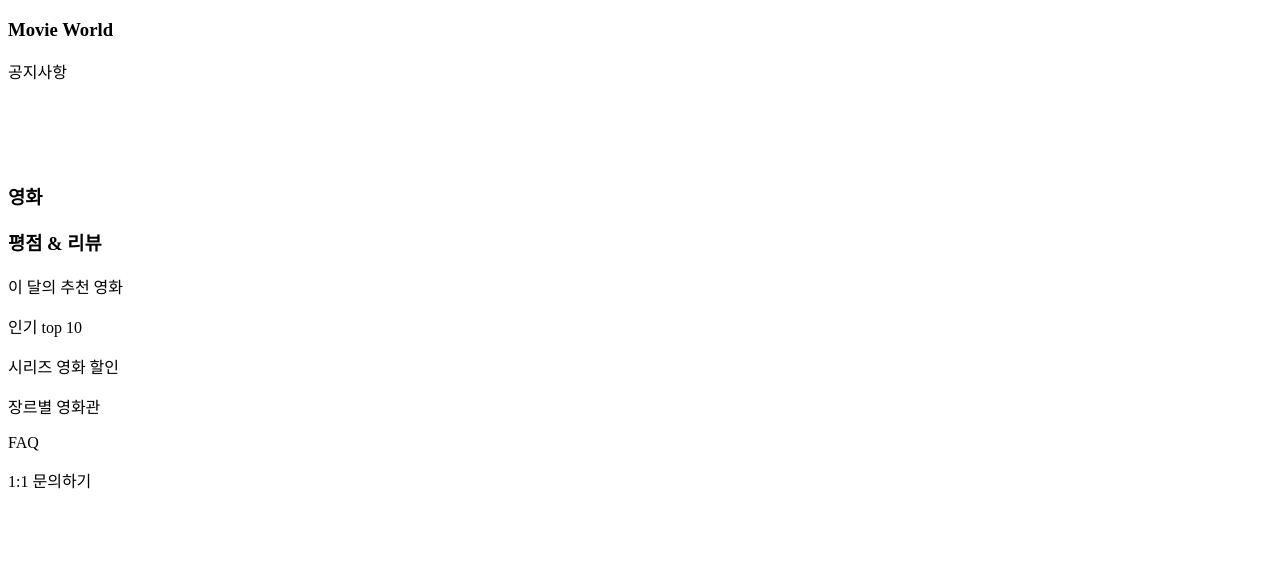
Repository: khpark1211/jsp
Page: http://localhost/TestJsp/
The author's editor kept a copy of each file at every save. The page is drawn from the files as they stood at one save, then again after the next save.
The browser window is 1280 px wide. The pictures show the whole page.
Some web libraries are served in a nearby version. The page is served by Tomcat 9.

Above is the page before, as saved 2020-04-07 06:16:21.

### TestJsp/WebContent/index.jsp

<%@ page language="java" contentType="text/html; charset=UTF-8"
	pageEncoding="UTF-8"%>
<!DOCTYPE html>
<html>
<head>
<meta charset="UTF-8">
<title>Insert title here</title>
<style type="text/css">
#mb-sidebar {
	width: 200px;
	padding-left: 10px;
	height: 1000px;
	float: left;
	border: 1px solid none;
	background-color: tomato;
}

#mb-content {
	width: 800px;
	min-height: 1000px;
	float: left;
	margin-left: 90px;
}

#mb-sidebar {
	list-style-type: none;
}


</style>

<script src="https://code.jquery.com/jquery-1.12.4.js"></script>
<script src="https://code.jquery.com/ui/1.12.1/jquery-ui.js"></script>
<script type="text/javascript">
$( function() {
    $( "#accordion" ).accordion();
  } );
</script>
</head>
<body>
	<div id="mb-container">

			<!-- 메뉴 -->
			<div id="accordion">
					<h3>Movie World</h3>
						<div>
							<p>공지사항</p>
							<p></p>
						</div>
					<h3 class="topMenuLi">영화</h3>
						<div>
							<p>현재 상영작</p>
							<p>상영 예정작</p>
							<p>영화 예매</p>
						</div>
					<h3 class="topMenuLi">평점 & 리뷰</h3>

					<h3 class="topMenu">다운로드</h3>
						<div>
							<p>이 달의 추천 영화</p>
							<p>인기 top 10</p>
							<p>시리즈 영화 할인</p>
							<p>장르별 영화관</p>
						</div>
					<h3 class="topMenuLi">이벤트</h3>
						<div>
							<p></p>
						</div>
					<h3 class="topMenuLi">온라인 고객센터</h3>
						<div>
							<p>FAQ</p>
							<p>1:1 문의하기</p>
						<div>
			</div>

	</div>
</body>
</html>

After the next save:
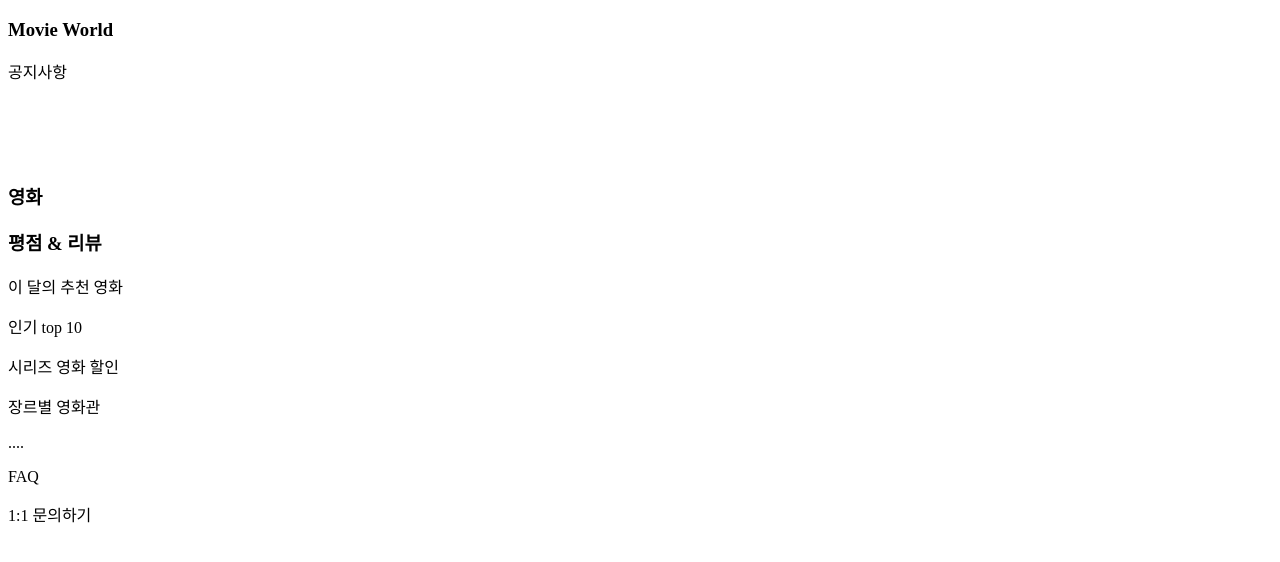
Saved 34 s later.
--- a/TestJsp/WebContent/index.jsp
+++ b/TestJsp/WebContent/index.jsp
@@ -65,7 +65,7 @@ $( function() {
 						</div>
 					<h3 class="topMenuLi">이벤트</h3>
 						<div>
-							<p></p>
+							<p>....</p>
 						</div>
 					<h3 class="topMenuLi">온라인 고객센터</h3>
 						<div>
